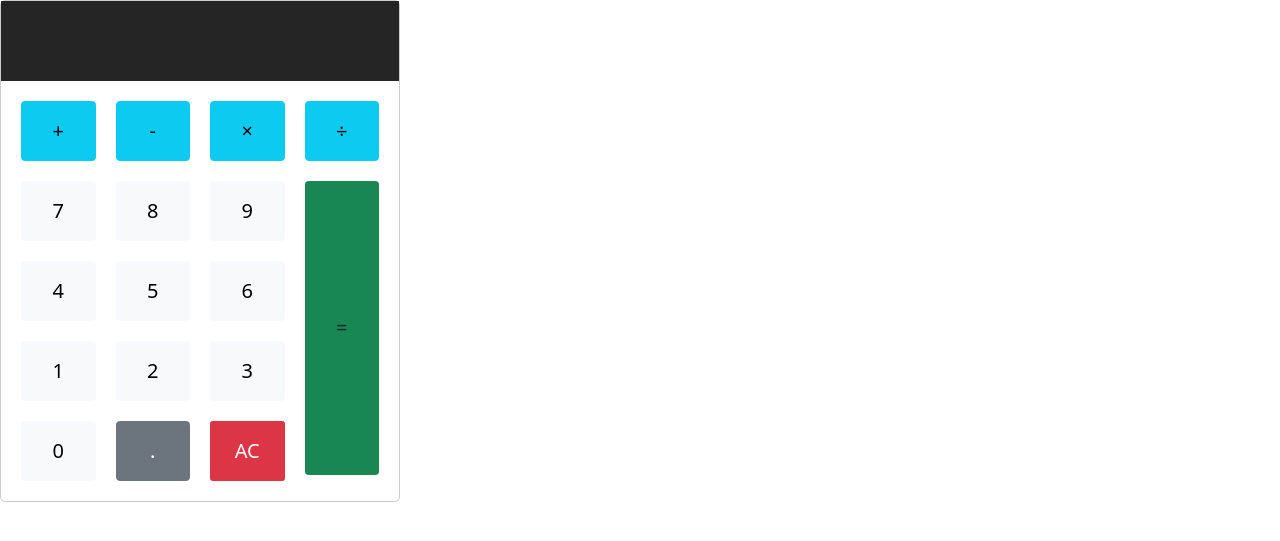
Repository: bzorufchi/tamrin-javascript
Page: Calculator .html
These files come from the project's save history. The page is drawn as it stood at one moment and after a run of saves; the edit follows.
The browser window is 1280 px wide. The pictures show the whole page.

Above is the page before, as saved 2024-01-06 11:32:14.

### Calculator .html
<!DOCTYPE html>
<html lang="en">
<head>
    <meta charset="UTF-8">
    <meta name="viewport" content="width=device-width, initial-scale=1.0">
    <title>Document</title>
    <link href="./Calculator .js" rel="stylesheet">
    <link href="https://cdn.jsdelivr.net/npm/bootstrap@5.3.2/dist/css/bootstrap.min.css" rel="stylesheet" integrity="sha384-T3c6CoIi6uLrA9TneNEoa7RxnatzjcDSCmG1MXxSR1GAsXEV/Dwwykc2MPK8M2HN" crossorigin="anonymous">
    <script src="https://cdn.jsdelivr.net/npm/bootstrap@5.3.2/dist/js/bootstrap.bundle.min.js" integrity="sha384-C6RzsynM9kWDrMNeT87bh95OGNyZPhcTNXj1NW7RuBCsyN/o0jlpcV8Qyq46cDfL" crossorigin="anonymous"></script>
    <style>
        html {
  font-size: 62.5%;
  box-sizing: border-box;
}

*,
*::before,
*::after {
  margin: 0;
  padding: 0;
  box-sizing: inherit;
}

.calculator {
  border: 1px solid #ccc;
  border-radius: 5px;
  width: 400px;
}

.calculator-screen {
  width: 100%;
  height: 80px;
  border: none;
  background-color: #252525;
  color: #fff;
  text-align: right;
  padding-right: 20px;
  padding-left: 10px;
  font-size: 4rem;
}

button {
  height: 60px;
  font-size: 2rem!important;
}

.equal-sign {
  height: 98%;
  grid-area: 2 / 4 / 6 / 5;
}

.calculator-keys {
  display: grid;
  grid-template-columns: repeat(4, 1fr);
  grid-gap: 20px;
  padding: 20px;
}
    </style>
</head>
<body>
    <div class="calculator card">

        <input type="text" class="calculator-screen z-depth-1" value="" disabled />

        <div class="calculator-keys">

          <button type="button" class="operator btn btn-info" value="+">+</button>
          <button type="button" class="operator btn btn-info" value="-">-</button>
          <button type="button" class="operator btn btn-info" value="*">&times;</button>
          <button type="button" class="operator btn btn-info" value="/">&divide;</button>

          <button type="button" value="7" class="btn btn-light waves-effect">7</button>
          <button type="button" value="8" class="btn btn-light waves-effect">8</button>
          <button type="button" value="9" class="btn btn-light waves-effect">9</button>


          <button type="button" value="4" class="btn btn-light waves-effect">4</button>
          <button type="button" value="5" class="btn btn-light waves-effect">5</button>
          <button type="button" value="6" class="btn btn-light waves-effect">6</button>


          <button type="button" value="1" class="btn btn-light waves-effect">1</button>
          <button type="button" value="2" class="btn btn-light waves-effect">2</button>
          <button type="button" value="3" class="btn btn-light waves-effect">3</button>


          <button type="button" value="0" class="btn btn-light waves-effect">0</button>
          <button type="button" class="decimal function btn btn-secondary" value=".">.</button>
          <button type="button" class="all-clear function btn btn-danger btn-sm" value="all-clear">AC</button>

          <button type="button" class="equal-sign operator btn btn-default bg-success" value="=">=</button>

        </div>
      </div>
</body>
</html>

### Calculator .js
var arr=[10,5,7]
var r=[]
Calculator(arr)
console.log(r)
function Calculator(arr){
for (let i = 0; i < arr.length; i++) {
  r[i]=(arr[i])
}
}
function add(){

}
function subtract(){

}
function divide(){

}

After the next 5 saves:
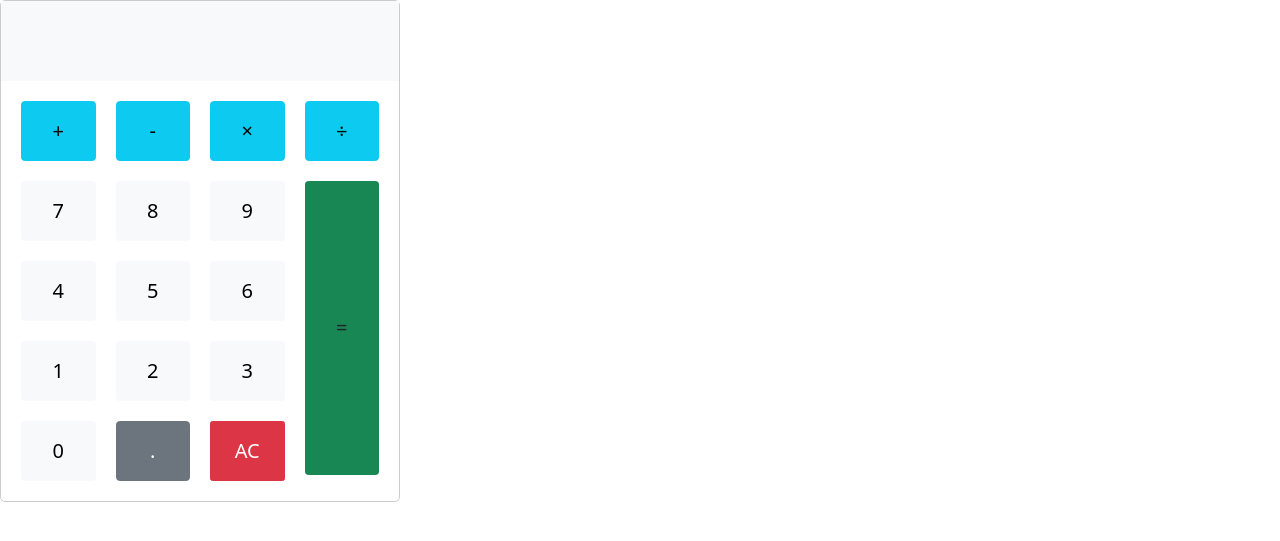
The 5 saves are shown as one change because they came seconds apart.
The last was saved 19 s later.
--- a/Calculator .html
+++ b/Calculator .html
@@ -60,7 +60,7 @@
 <body>
     <div class="calculator card">
 
-        <input type="text" class="calculator-screen z-depth-1" value="" disabled />
+        <input type="text" class="calculator-screen z-depth-1 bg-light" value="" disabled />
 
         <div class="calculator-keys">
 

After the save that followed:
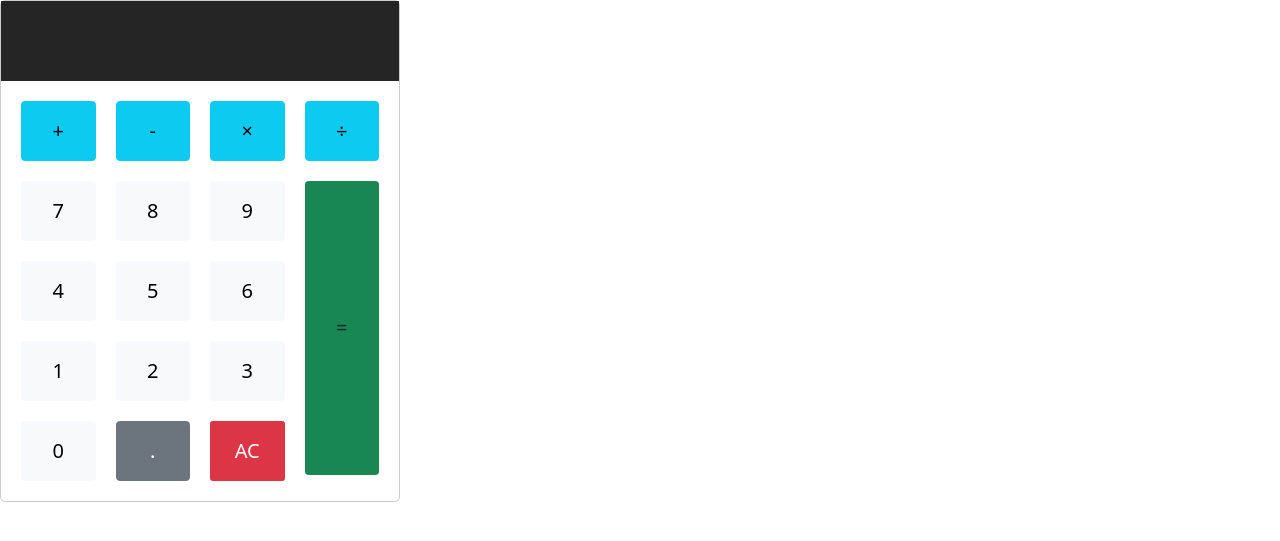
Saved 7 s later.
--- a/Calculator .html
+++ b/Calculator .html
@@ -60,7 +60,7 @@
 <body>
     <div class="calculator card">
 
-        <input type="text" class="calculator-screen z-depth-1 bg-light" value="" disabled />
+        <input type="text" class="calculator-screen z-depth-1 bg-" value="" disabled />
 
         <div class="calculator-keys">
 
